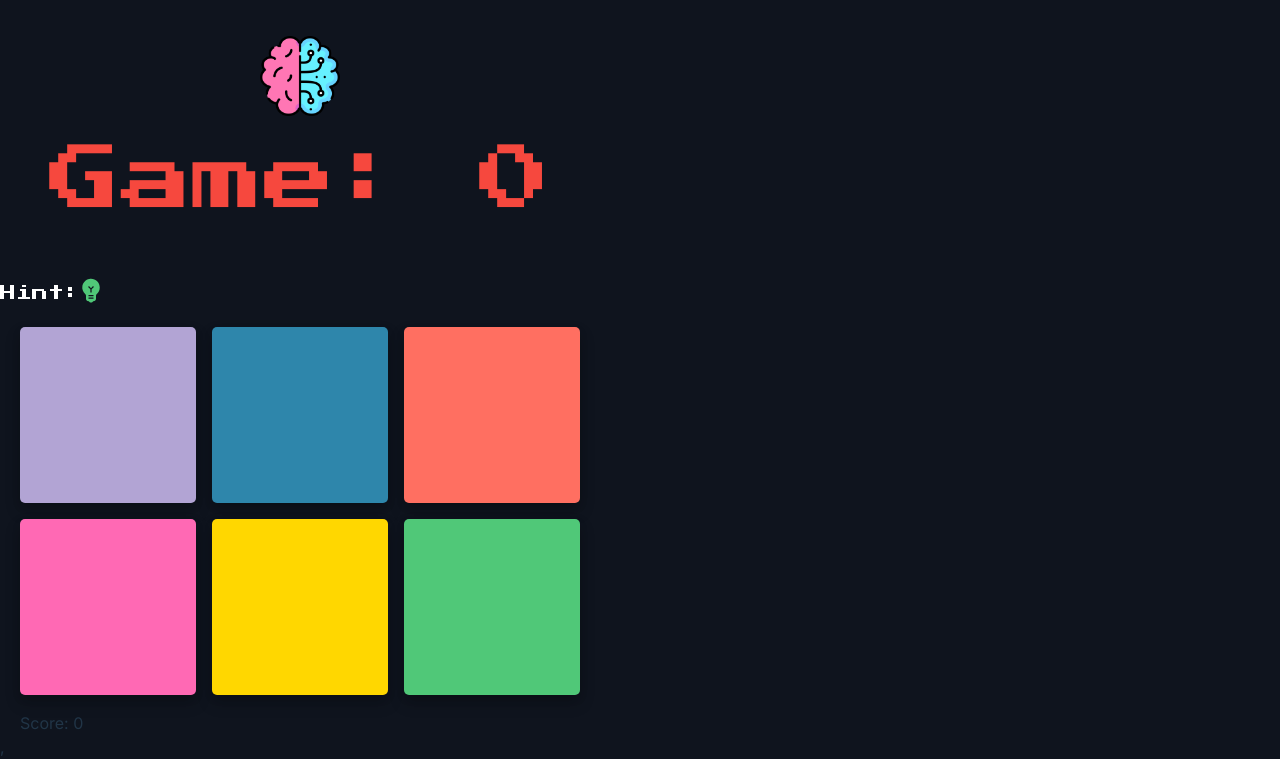
Repository: Shenixo/Color_match_game
Page: /game_play
These files come from the project's save history. The page is drawn as it stood at one moment and after the next save; the edit follows.
The browser window is 1280 px wide. The pictures show the whole page.
The project was rebuilt for these pictures with package versions that can differ from the ones it lists, and the page was loaded fresh each time. Also part of the build but not shown: vite.config.js, src/Components/Tab/Tab.css, src/Components/Tab/Tab.jsx, src/Pages/Home/Home.jsx, src/Pages/Rules/Rules.css, src/Pages/Rules/Rules.jsx, src/Pages/Sound/Sound.jsx. Imported but missing from the stored project, and not drawn on this page: src/assets/button_clicks.wav, src/assets/game_theme_sound.mp4.

Above is the page before, as saved 2025-02-04 01:52:01.

After the next save:
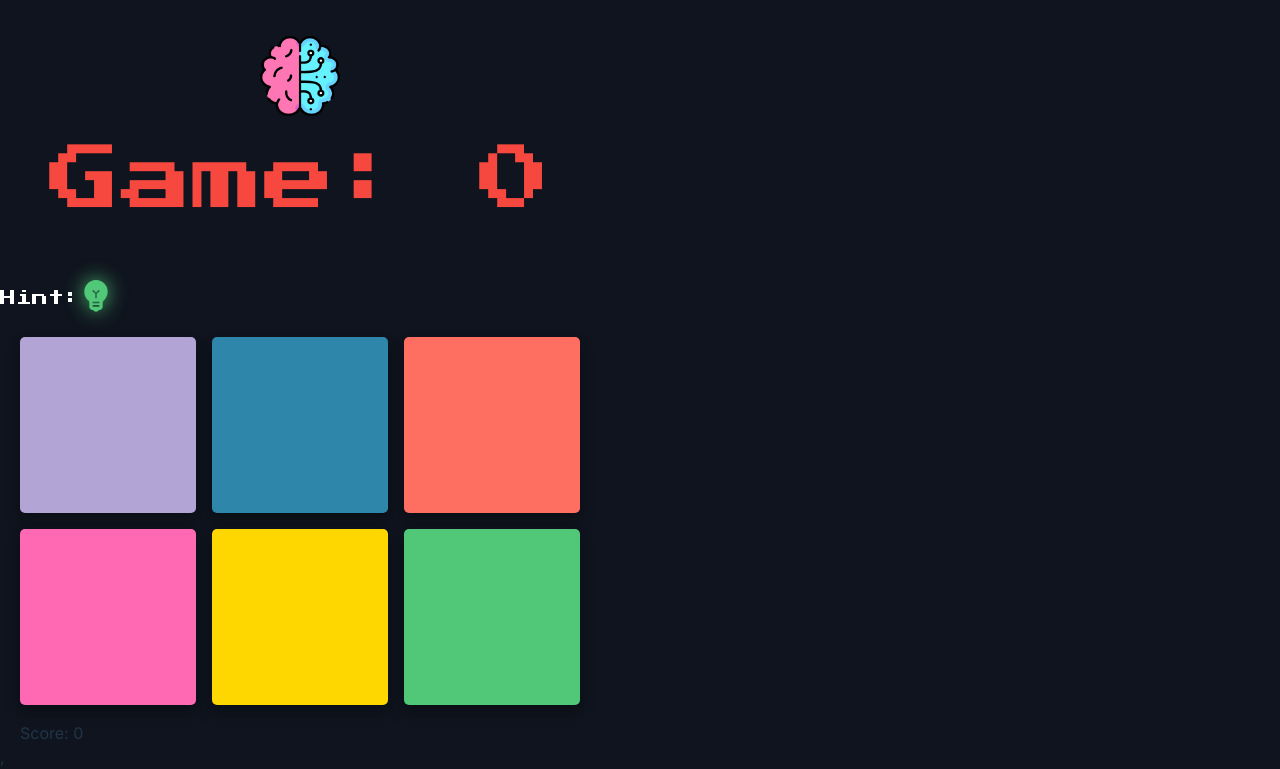
Saved 111 s later.
--- a/src/Components/ChosenColorDisplay/ChosenColorDisplay.jsx
+++ b/src/Components/ChosenColorDisplay/ChosenColorDisplay.jsx
@@ -1,5 +1,6 @@
 import { useState, useEffect } from "react";
-import EmojiObjectsIcon from '@mui/icons-material/EmojiObjects';
+import EmojiObjectsIcon from "@mui/icons-material/EmojiObjects";
+
 const ChosenColorDisplay = () => {
   const [chosenColor, setChosenColor] = useState(null);
 
@@ -13,9 +14,21 @@
       document.removeEventListener("colorChosen", handleColorChosen);
     };
   }, []);
-console.log("chosenColor", chosenColor)
+
   return (
-    <span><EmojiObjectsIcon  style={{color: chosenColor, fontSize:"30", marginLeft: '-20' }}/></span>
+    <span>
+      <EmojiObjectsIcon
+        style={{
+          color: chosenColor || "#ccc", // Default color if none is chosen
+          fontSize: 40,
+          marginLeft: "-20px",
+          filter: chosenColor
+            ? `drop-shadow(0px 0px 10px ${chosenColor})`
+            : "none", // Glow effect
+          transition: "filter 0.3s ease-in-out",
+        }}
+      />
+    </span>
   );
 };
 

After the 4 saves that followed:
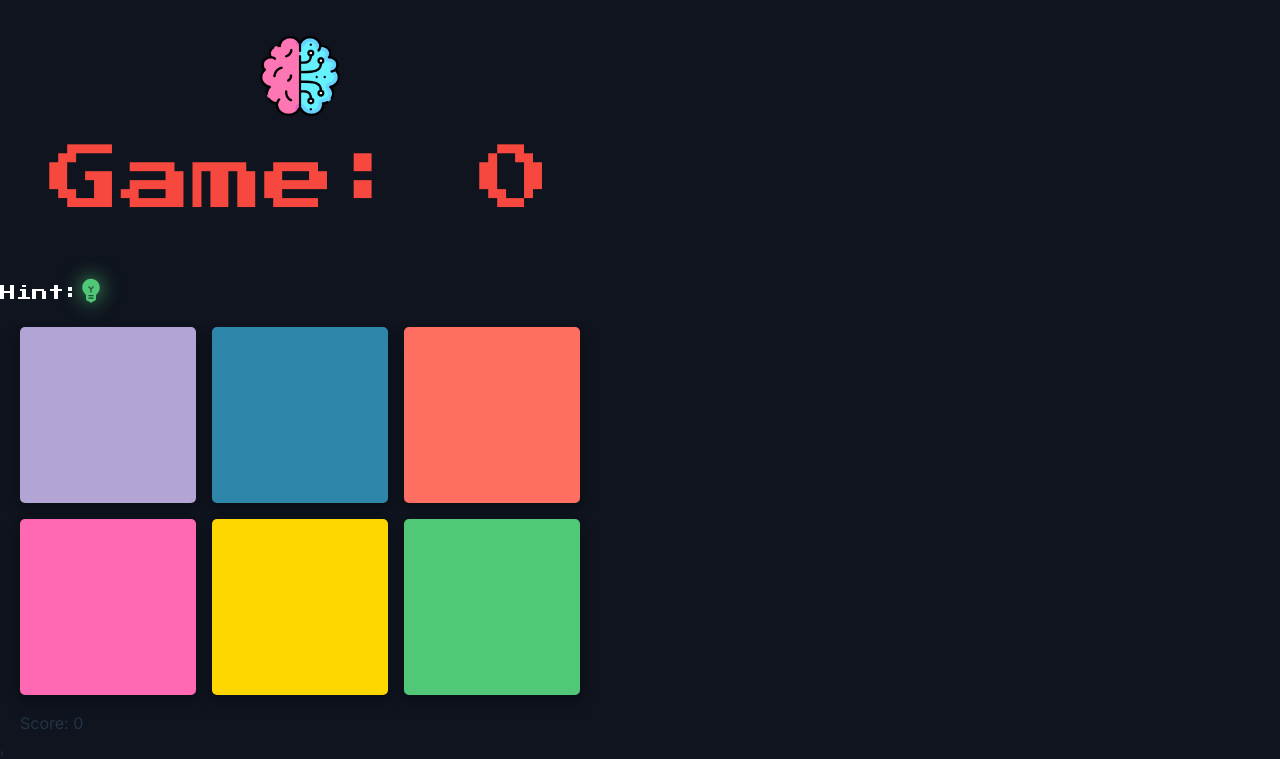
The 4 saves are shown as one change because 1 left the picture as it was and some came seconds apart.
The last was saved 86 s later.
--- a/src/Components/ChosenColorDisplay/ChosenColorDisplay.jsx
+++ b/src/Components/ChosenColorDisplay/ChosenColorDisplay.jsx
@@ -19,12 +19,12 @@
     <span>
       <EmojiObjectsIcon
         style={{
-          color: chosenColor || "#ccc", // Default color if none is chosen
-          fontSize: 40,
+          color: chosenColor || "#ccc",
+          fontSize: 30,
           marginLeft: "-20px",
           filter: chosenColor
             ? `drop-shadow(0px 0px 10px ${chosenColor})`
-            : "none", // Glow effect
+            : "none",
           transition: "filter 0.3s ease-in-out",
         }}
       />
